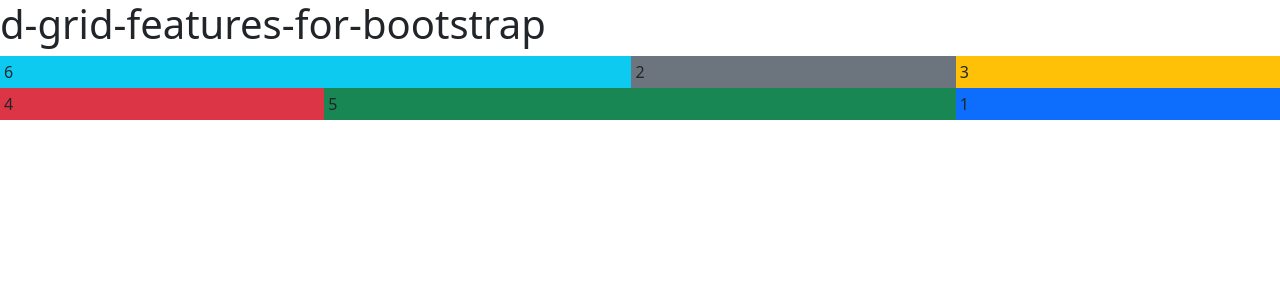
Repository: LynxPardelle/d-grid-features-for-bootstrap
Page: index.html
The author's editor kept a copy of each file at every save. The page is drawn from the files as they stood at one save, then again after the next save.
The browser window is 1280 px wide. The pictures show the whole page.

Above is the page before, as saved 2021-10-20 04:36:13.

After the next save:
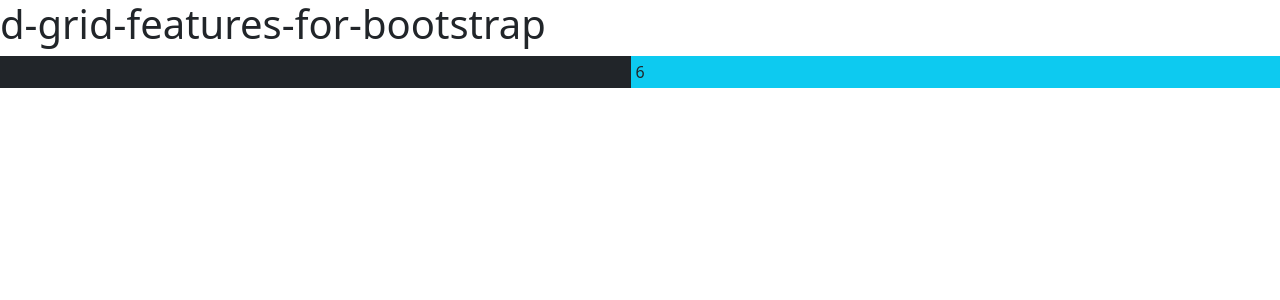
Saved 9 s later.
--- a/index.html
+++ b/index.html
@@ -11,7 +11,7 @@
   <h1>d-grid-features-for-bootstrap</h1>
 
   <!-- <section class="d-grid bg-dark" data-gfbs data-gfbs-gtc="repeat(4, 1fr)" data-gfbs-gtr="repeat(2, 100px)" > -->
-    <section class="d-grid bg-dark" data-gfbs data-gfbs-gta='"f f b c""d e e a"'>
+    <section class="d-grid bg-dark" data-gfbs data-gfbs-gta='"f f b f c""e d e e a"'>
     <div data-gfbs data-gfbs-ga="a" class="grid-element bg-primary p-1">
       1
     </div>

After the save that followed:
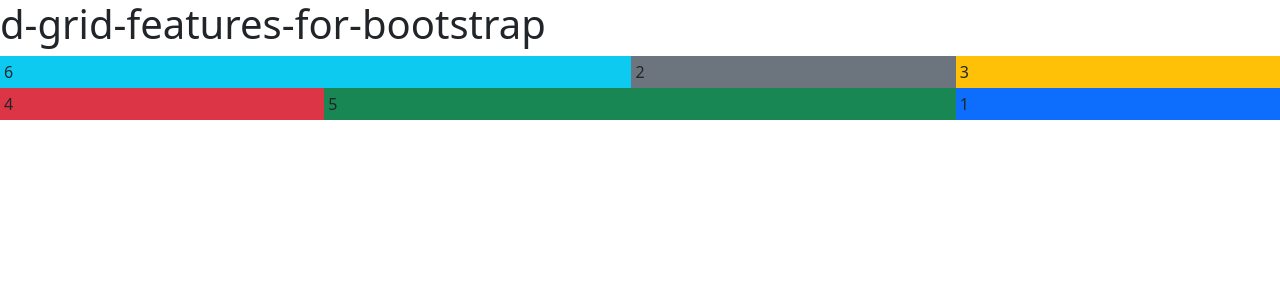
Saved 6 s later.
--- a/index.html
+++ b/index.html
@@ -11,7 +11,7 @@
   <h1>d-grid-features-for-bootstrap</h1>
 
   <!-- <section class="d-grid bg-dark" data-gfbs data-gfbs-gtc="repeat(4, 1fr)" data-gfbs-gtr="repeat(2, 100px)" > -->
-    <section class="d-grid bg-dark" data-gfbs data-gfbs-gta='"f f b f c""e d e e a"'>
+    <section class="d-grid bg-dark" data-gfbs data-gfbs-gta='"f f b c""d e e a"'>
     <div data-gfbs data-gfbs-ga="a" class="grid-element bg-primary p-1">
       1
     </div>
